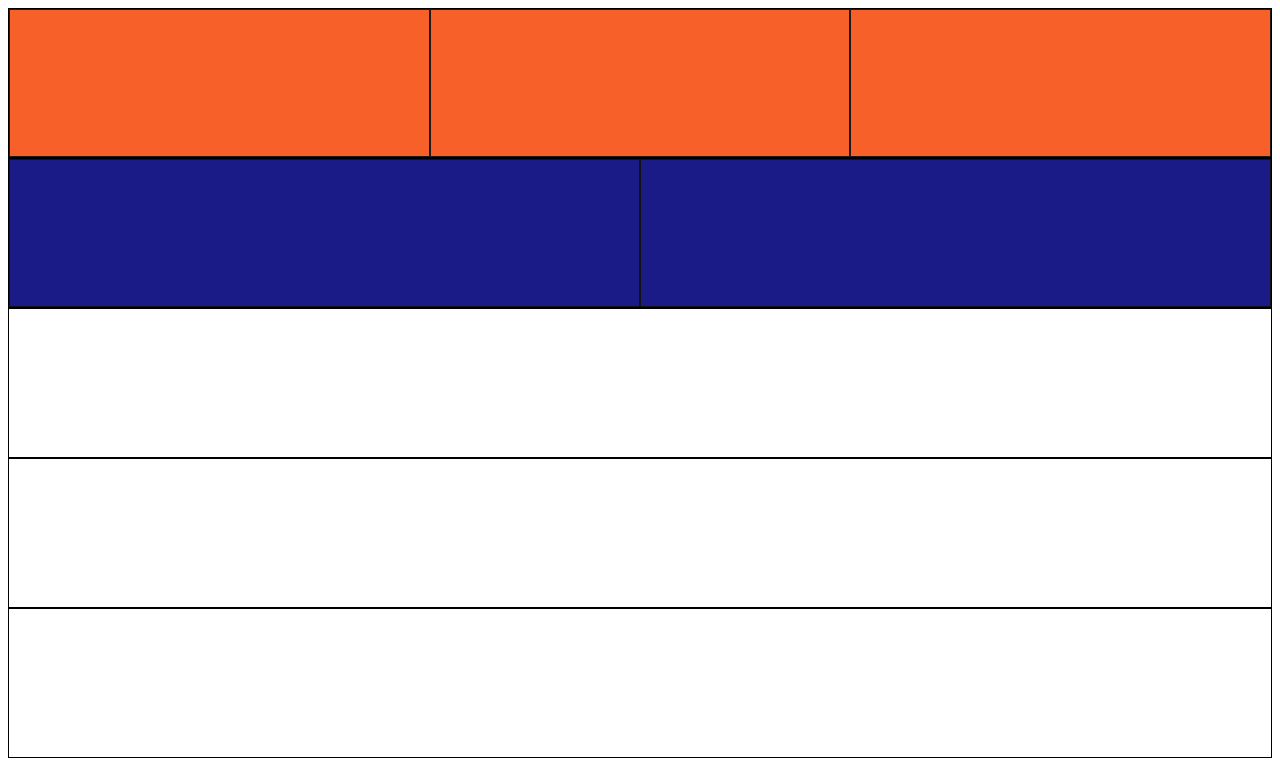
Repository: AishwaryaPandey987/PGLife
Page: home.html
These files come from the project's save history. The page is drawn as it stood at one moment and after the next save; the edit follows.
The browser window is 1280 px wide. The pictures show the whole page.

Above is the page before, as saved 2022-10-27 20:52:19.

### home.html
<!DOCTYPE html>
  <html>
    <head>
        <title>CSS Page</title>
         <link rel="stylesheet" href="css/style.css" />
    </head>
    <body>

      <div class="row">
        <div class="col"></div>
        <div class="col"></div>
        <div class="col"></div>
      </div>

      <div class="row">
        <div class="col2">
          <div class="row2"></div>
          <div class="row2"></div>
        </div>
        <div class="col2"></div>
      </div>

      <div class=" row"></div>

      <div class="row"></div>

      <div class="row"></div>
    </body>
  </html>

### css/style.css
* {
  box-sizing: border-box;
}

.row{

  border:  1px solid black;
 height: 150px;
 font-size: 0px;
}

.col{
  border: 1px solid rgb(31, 27, 28);
  display: inline-block;
  height: 100%;
  width: 33.33%;
background-color: rgb(247, 96, 41);

}
.col2{
  border: 1px solid rgb(19, 18, 18);
  display: inline-block;
  height: 100%;
  width: 50%;
  background-color: rgb(27, 27, 136);
}

After the next save:
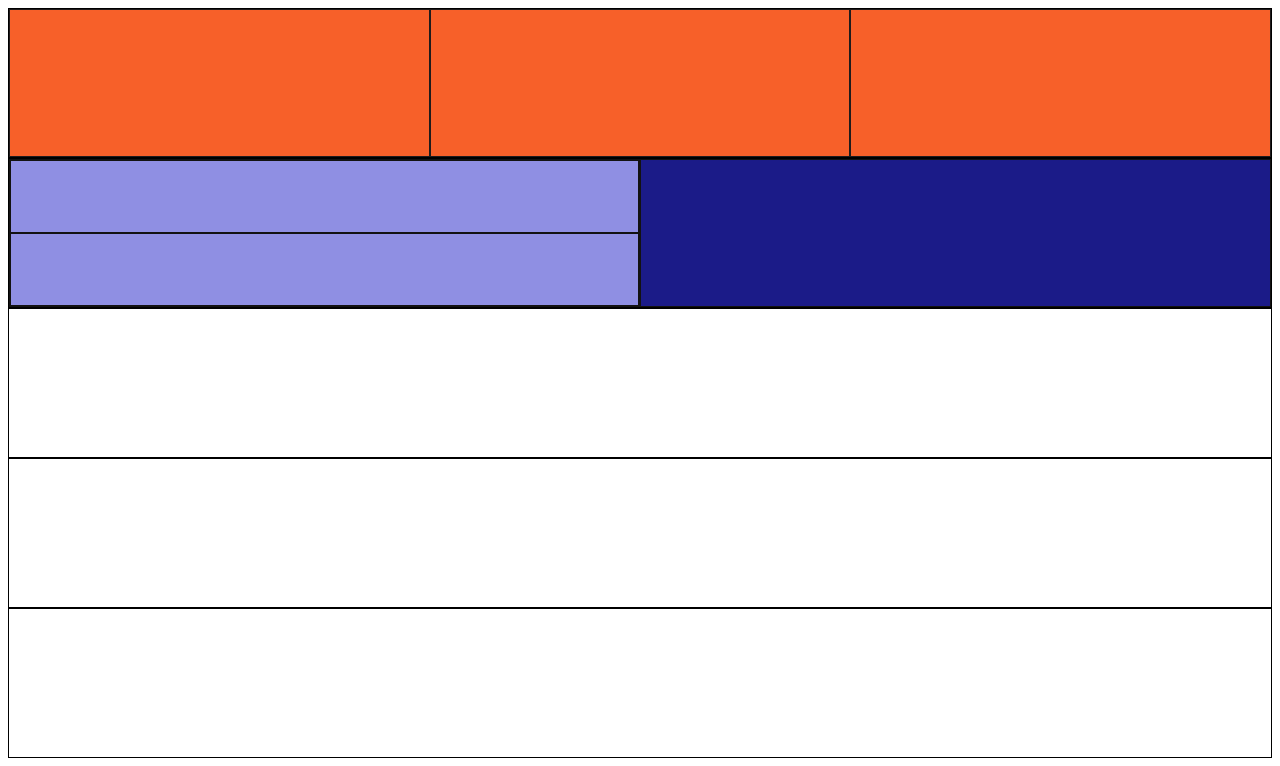
Saved 43 s later.
--- a/css/style.css
+++ b/css/style.css
@@ -24,3 +24,10 @@ background-color: rgb(247, 96, 41);
   width: 50%;
   background-color: rgb(27, 27, 136);
 }
+.row2{
+  border: 1px solid rgb(19, 18, 18);
+  display: block;
+  height: 50%;
+  width: 100%;
+  background-color: rgb(143, 143, 227);
+}
